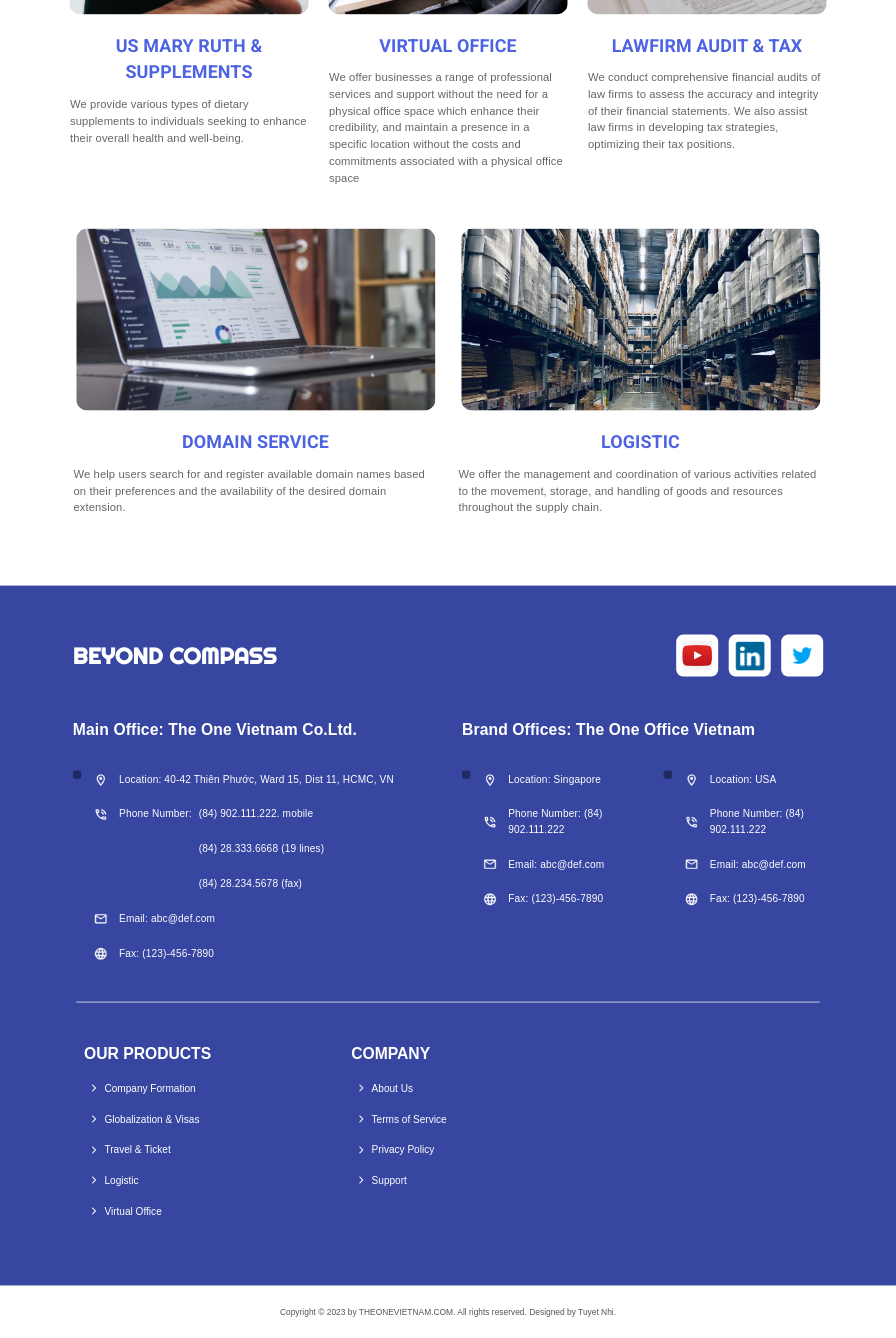
Repository: trunghau06/baitapRn
Page: pages/product.html
The author's editor kept a copy of each file at every save. The page is drawn from the files as they stood at one save, then again after the next save.
The browser window is 1280 px wide. The pictures show the part of the page from y = 1371 to 3291 px (the page is 3283 px tall before and 3291 px after), at 70% of full size.

Above is the page before, as saved 2025-10-15 19:48:35.

### pages/product.html
<!DOCTYPE html>
<html lang="en">
<head>
    <meta charset="UTF-8">
    <meta name="viewport" content="width=device-width, initial-scale=1.0">
    <title>Our products</title>
    <link rel="stylesheet" href="../style/product.css?v=1">
    <link rel="stylesheet" href="https://cdnjs.cloudflare.com/ajax/libs/font-awesome/6.5.1/css/all.min.css">
    <link href="https://fonts.googleapis.com/css2?family=Roboto:wght@400;700&display=swap" rel="stylesheet">
</head>
<body>
    <!-- Thanh Header -->
    <header>
        <div class="header-Page">
            <!-- Logo -->
            <div class="logo">BEYOND COMPASS</div>

            <!-- Navigation Menu -->
            <nav>
                <div class="menu-item"><a href="../index.html">HOME</a></div>
                <div class="menu-item"><a href="../pages/about.html">ABOUT US</a></div>
                <div class="menu-item active"><a href="../pages/product.html">OUR PRODUCTS</a></div>
                <div class="menu-item"><a href="../pages/news.html">NEWS</a></div>
                <div class="menu-item"><a href="../pages/team.html">OUR TEAM</a></div>
                <div class="menu-item"><a href="../pages/contact.html">CONTACT</a></div>
                <div class="menu-item"><a href="../pages/blogs.html">BLOGS</a></div>
            </nav>
        </div>
    </header>

    <div class="header-banner"></div>

    <!-- Gioi Thieu -->
    <div class="introduce-Page">
        <svg class="hexagon-small-double" viewBox="0 0 100 115" xmlns="http://www.w3.org/2000/svg">
            <polygon points="50 10, 85 30, 85 70, 50 90, 15 70, 15 30"
                    fill="#C8CFF6"
                    stroke="none"/>
            <polygon points="50 -2, 97 20, 97 80, 50 102, 3 80, 3 20"
                    fill="none"
                    stroke="#C8CFF6"
                    stroke-width="10"/>
        </svg>

        <div class="hexagon hexagon-large"></div>

         <svg class="hexagon-outline" viewBox="0 0 100 115" xmlns="http://www.w3.org/2000/svg">
            <polygon points="50 0, 93 25, 93 75, 50 100, 7 75, 7 25"
                    fill="none"
                    stroke="#C8CFF6"
                    stroke-width="2"
                    stroke-dasharray="5, 5"/>
        </svg>

        <svg class="pentagon-outline" viewBox="0 0 100 100" xmlns="http://www.w3.org/2000/svg">
            <defs>
                <linearGradient id="strokeHalfColor" x1="0%" y1="0%" x2="100%" y2="0%">
                    <stop offset="50%" style="stop-color:#FFFFFF;stop-opacity:1" />
                    <stop offset="50%" style="stop-color:#C8CFF6;stop-opacity:1" />
                </linearGradient>
            </defs>
            <polygon points="50 5, 95 40, 80 90, 20 90, 5 40"
                    fill="none"
                    stroke="url(#strokeHalfColor)"
                    stroke-width="3"
                    transform="rotate(30 50 50)"/>
        </svg>

        <svg class="pentagon-filled" viewBox="0 0 100 100" xmlns="http://www.w3.org/2000/svg">
            <polygon points="50 5, 95 40, 80 90, 20 90, 5 40"
                    fill="#C8CFF6"
                    stroke="#C8CFF6"
                    stroke-width="3"/>
        </svg>

        <h1>Our products</h1>

        <h3>Unleash the Power of Innovation!</h3>

        <p>We are proud to offer a diverse range of cutting-edge products designed to revolutionize your world.</p>
    </div>

    <div class="box-section">
        <!-- box 1 -->
        <div class="box">
            <img src="../Images/image_box_1.jpg" alt="">

            <div class="content-box">
                <h3>COMPANY FORMATION</h3>

                <p>
                    We aim to simplify and streamline the complex legal
                    and administrative procedures involved in company
                    formation, helping clients navigate the requirements
                    and ensure compliance with relevant regulations.</p>
            </div>
        </div>

        <!-- box 2 -->
        <div class="box">
            <img src="../Images/image_box_2.jpg" alt="">

            <div class="content-box">
                <h3>GLOBAL IMMIGRATION & VISAS</h3>

                <p>
                    We assist people who want to travel, work, study, or
                    live in another country by offering comprehensive
                    assistance throughout the immigration and visa
                    application process.</p>
            </div>
        </div>

        <!-- box 3 -->
        <div class="box">
            <img src="../Images/image_box_3.jpg" alt="">

            <div class="content-box">
                <h3>TRAVEL AND TICKETS</h3>

                <p>
                    We provide personalized consultations to assess
                    clients' immigration goals, evaluate eligibility for
                    various immigration programs, and develop a
                    strategic immigration plan.</p>
            </div>
        </div>

        <!-- box 4 -->
        <div class="box">
            <img src="../Images/image_box_4.jpg" alt="">

            <div class="content-box">
                <h3>US MARY RUTH & SUPPLEMENTS</h3>

                <p>
                    We provide various types of dietary supplements to
                    individuals seeking to enhance their overall health
                    and well-being.
            </div>
        </div>

        <!-- box 5 -->
        <div class="box">
            <img src="../Images/image_box_5.jpg" alt="">

            <div class="content-box">
                <h3>VIRTUAL OFFICE</h3>

                <p>
                    We offer businesses a range of professional services
                    and support without the need for a physical office
                    space which enhance their credibility, and maintain a
                    presence in a specific location without the costs and
                    commitments associated with a physical office
                    space
                </p>
            </div>
        </div>

        <!-- box 6 -->
        <div class="box">
            <img src="../Images/image_box_6.jpg" alt="">

            <div class="content-box">
                <h3>LAWFIRM AUDIT & TAX</h3>

                <p>
                    We conduct comprehensive financial audits of law
                    firms to assess the accuracy and integrity of their
                    financial statements. We also assist law firms in
                    developing tax strategies, optimizing their tax
                    positions.
                </p>
            </div>
        </div>

        <!-- box 7 -->
        <div class="box">
            <img src="../Images/image_box_7.jpg" alt="">

            <div class="content-box">
                <h3>DOMAIN SERVICE</h3>

                <p>
                    We help users search for and register available domain names based on their
                    preferences and the availability of the desired domain extension.
                </p>
            </div>
        </div>

        <!-- box 8 -->
        <div class="box">
            <img src="../Images/image_box_8.jpg" alt="">

            <div class="content-box">
                <h3>LOGISTIC</h3>

                <p>
                    We offer the management and coordination of various activities related to the
                    movement, storage, and handling of goods and resources throughout the supply
                    chain.
                </p>
            </div>
        </div>
    </div>

    <!-- Footer -->
    <div class="footer">
        <!-- Header -->
        <div class="header-Footer">
            <h2>BEYOND COMPASS</h2>
            <div class="social-icons">
                <button><img src="../Images/youtube.png" alt="YouTube"></button>
                <button><img src="../Images/logo_linkedin.png" alt="LinkedIn"></button>
                <button><img src="../Images/image.png" alt="Twitter"></button>
            </div>
        </div>

        <!-- Offices -->
        <div class="offices">
            <!-- Main Office -->
            <div class="office">
                <h3>Main Office: The One Vietnam Co.Ltd.</h3>
                <div class="office-info">
                    <span class="square"></span>

                    <div class="content-info">
                        <p><img src="../Images/ic_map.png" alt="">Location: 40-42 Thiên Phước, Ward 15, Dist 11, HCMC, VN</p>

                        <div class="phone-group">
                            <p><img src="../Images/ic_phone.png" alt="">Phone Number: </p>

                            <div class="phone">
                                <p>(84) 902.111.222. mobile</p>
                                <p>(84) 28.333.6668 (19 lines)</p>
                                <p>(84) 28.234.5678 (fax)</p>
                            </div>
                        </div>

                        <p><img src="../Images/ic_email.png" alt="">Email: abc@def.com</p>
                        <p><img src="../Images/ic_global.png" alt="">Fax: (123)-456-7890</p>
                    </div>
                </div>
            </div>

            <!-- Brand Offices -->
            <div class="office">
                <h3>Brand Offices: The One Office Vietnam</h3>
                <div class="brand-offices">
                    <div class="office-info">
                        <span class="square"></span>

                        <div class="content-info">
                            <p><img src="../Images/ic_map.png" alt="Location">Location: Singapore</p>
                            <p><img src="../Images/ic_phone.png" alt="Phone">Phone Number: (84) 902.111.222</p>
                            <p><img src="../Images/ic_email.png" alt="Email">Email: abc@def.com</p>
                            <p><img src="../Images/ic_global.png" alt="Fax">Fax: (123)-456-7890</p>
                        </div>
                    </div>

                    <div class="office-info">
                        <span class="square"></span>

                        <div class="content-info">
                            <p><img src="../Images/ic_map.png" alt="">Location: USA</p>
                            <p></span><img src="../Images/ic_phone.png" alt="">Phone Number: (84) 902.111.222</p>
                            <p></span><img src="../Images/ic_email.png" alt="">Email: abc@def.com</p>
                            <p></span><img src="../Images/ic_global.png" alt="">Fax: (123)-456-7890</p>
                        </div>
                    </div>
                </div>
            </div>
        </div>

        <div class="line"></div>

        <div class="footer-links">
            <div class="link-column">
            <h4>OUR PRODUCTS</h4>
            <ul>
                <li><i class="fas fa-chevron-right"></i> Company Formation</li>
                <li><i class="fas fa-chevron-right"></i> Globalization & Visas</li>
                <li><i class="fas fa-chevron-right"></i> Travel & Ticket</li>
                <li><i class="fas fa-chevron-right"></i> Logistic</li>
                <li><i class="fas fa-chevron-right"></i> Virtual Office</li>
            </ul>
            </div>

            <div class="link-column">
            <h4>COMPANY</h4>
            <ul>
                <li><i class="fas fa-chevron-right"></i> About Us</li>
                <li><i class="fas fa-chevron-right"></i> Terms of Service</li>
                <li><i class="fas fa-chevron-right"></i> Privacy Policy</li>
                <li><i class="fas fa-chevron-right"></i> Support</li>
            </ul>
            </div>
        </div>

        <footer class="footer-bottom">
            <p>Copyright © 2023 by THEONEVIETNAM.COM. All rights reserved. Designed by Tuyet Nhi.</p>
        </footer>
    </div>
</body>
</html>

### style/product.css
@import url('https://fonts.googleapis.com/css2?family=Righteous&display=swap');

* {
    margin: 0;
    padding: 0;
    box-sizing: border-box;
}

body {
    font-family: Arial, sans-serif;
}

/* Header */
.header-Page {
    position: fixed;
    top: 0;
    left: 0;
    width: 100%;
    margin: 0 auto;
    padding: 0 104px;
    display: flex;
    justify-content: space-between;
    align-items: center;
    height: 80px;
    background-color: white;
    z-index: 1000;
}


/* Logo */
.logo {
    font-family: 'Righteous', Arial, sans-serif;
    color: #2A367C;
    font-size: 1.8em;
    font-weight: 400;
}

/* Menu */
nav {
    display: flex;
    align-items: flex-end;
}

.menu-item {
    display: flex;
    justify-content: center;
    padding: 0;
}

.menu-item a {
    display: flex;
    align-items: center;
    justify-content: center;
    padding: 12px 16px 28px 16px;
    text-decoration: none;
    color: #666666;
    font-size: 1em;
    font-weight: 700;
    font-family: 'Roboto', Arial, sans-serif;
    border-bottom: 4px solid transparent;
    transition: border-color 0.3s, color 0.3s;
    cursor: pointer;
}

.menu-item a:hover {
    border-bottom-color: #3746A0;
    color: #3746A0;
}

.menu-item.active a {
    border-bottom-color: #3746A0;
    color: #3746A0;
}

/* Banner */
.header-banner {
    margin-top: 80px;
    width: 100%;
    height: 200px;
    background-image: url('../Images/anhHeader_7.jpg');
    background-size: cover;
    background-position: center;
}

.introduce-Page {
    position: relative;
    background: linear-gradient(to right, #EBEDEE, #FDFBFB);
    display: flex;
    flex-direction: column;
    justify-items: center;
    align-items: center;
    padding: 30px 20px;
    overflow: hidden;
}

.introduce-Page h1 {
    font-family: 'Roboto', Arial, sans-serif;
    color: #2A367C;
    font-size: 3em;
    font-weight: 700;
    margin-bottom: 20px;
    line-height: 1.5;
    letter-spacing: 0.16px;
    z-index: 2;
}

.introduce-Page h3 {
    font-family: 'Roboto', Arial, sans-serif;
    font-size: 2em;
    color: #666666;
    line-height: 1.5;
    letter-spacing: 0.16px;
    margin-bottom: 20px;
    font-weight: bold;
}

.introduce-Page p {
    color: #666666;
    font-family: 'Roboto', Arial, sans-serif;
    line-height: 1.5;
    letter-spacing: 0.16px;
    margin-bottom: 15px;
    font-size: 1em;
}

.hexagon {
    position: absolute;
    background-color: #C8CFF6;
    clip-path: polygon(
        50% 0%, 93% 25%, 93% 75%, 50% 100%, 7% 75%, 7% 25%
    );
    box-shadow:
        0 0 0 8px white,
        0 0 0 10px #8B9FD9;
}

/* Hình lục giác nhỏ với 2 lớp viền */
.hexagon-small-double {
    position: absolute;
    width: 90px;
    height: 140px;
    top: 72%;
    left: 20px;
    z-index: 2;
}

/* Hình lục giác lớn */
.hexagon-large {
    width: 80px;
    height: 80px;
    bottom: 10px;
    right: 5%;
}

/* Hình lục giác chỉ viền nét đứt */
.hexagon-outline {
    position: absolute;
    width: 280px;
    height: 280px;
    top: 15%;
    right: 80px;
    transform: translateY(-50%);
}

/* Hình ngũ giác 5 góc nghiêng phải */
.pentagon-outline {
    position: absolute;
    width: 80px;
    height: 80px;
    top: 25%;
    left: 40%;
    transform: translate(-50%, -50%);
    z-index: 1;
}

/* Hình ngũ giác có ruột màu xanh */
.pentagon-filled {
   position: absolute;
    width: 80px;
    height: 80px;
    top: 25%;
    left: 38%;
    transform: translate(-50%, -50%);
    z-index: 0;
}

/* Cac box */
.box-section {
    display: flex;
    flex-wrap: wrap;
    gap: 10px;
    width: 100%;
    padding: 40px 40px 80px 40px;
    justify-content: center;
    align-items: stretch;
}

.box {
    width: 30%;
    border-radius: 15px;
    overflow: visible;
    display: flex;
    flex-direction: column;
    justify-items: center;
    align-items: center;
    padding: 20px 0;
}

.box img {
    width: 95%;
    height: 260px;
    object-fit: cover;
    border-radius: 16px;
}

.box-section .box:last-child,
.box-section .box:nth-last-child(2) {
    height: 250px;
}

.content-box {
    padding: 10px;
    text-align: center;
    flex-grow: 1;
}

.content-box h3 {
    font-family: 'Roboto', Arial, sans-serif;
    color: #4D63E2;
    font-size: 1.6em;
    font-weight: 700;
    line-height: 1.5;
    letter-spacing: 0.16px;
    margin: 15px 0 15px 0;
}

.content-box p {
    color: #666666;
    font-size: 1em;
    line-height: 1.5;
    letter-spacing: 0.16px;
    text-align: left;
}

.box:nth-child(7),
.box:nth-child(8) {
    width: 45%;
    margin-bottom: 100px;
}

/* Footer */
.footer {
  display: flex;
  flex-direction: column;
  background-color: #3746A0;
  margin-top: 100px;
}

.header-Footer {
    display: flex;
    justify-content: space-between;
    align-items: center;
    padding: 20px 104px;
    margin-top: 50px;
}

.header-Footer h2 {
    font-size: 2em;
    font-weight: bold;
    line-height: 1.5;
    letter-spacing: 0.16px;
    font-family: 'Righteous', Arial, sans-serif;
    color: #FFFFFF;
}

.social-icons {
    display: flex;
    gap: 15px;
}

.social-icons button {
    background: #FFFFFF;
    border: none;
    cursor: pointer;
    width: 60px;
    height: 60px;
    border-radius: 10px;
    display: flex;
    align-items: center;
    justify-content: center;
}

.social-icons button img {
    width: 70%;
    height: 70%;
    object-fit: contain;
}

.offices {
    padding: 10px 104px;
    display: grid;
    grid-template-columns: 1fr 1fr;
    gap: 40px;
    margin-top: 30px;
}

.brand-offices {
    display: grid;
    grid-template-columns: 1fr 1fr;
    gap: 60px;
}

.office h3 {
    margin-bottom: 15px;
    font-size: 1.4em;
    color: #FFFFFF;
    line-height: 1.5;
    letter-spacing: 0.16px;
}

.office-info {
    position: relative;
    margin-bottom: 20px;
    display: flex;
    align-items: flex-start;
}

.office-info .square {
    position: absolute;
    left: 0;
    top: 25px;
    width: 12px;
    height: 12px;
    background: #202A5F;
    border-radius: 4px;
}

.content-info {
    padding-left: 30px;
}

.content-info p {
    margin: 28px 0;
    display: flex;
    align-items: center;
    font-size: 0.9em;
    color: #FFFFFF;
    line-height: 1.5;
    letter-spacing: 0.24px;
}

.phone-group {
    display: flex;
    justify-content: left;
    align-items: flex-start;
    gap: 10px;
}

.phone-group p {
    margin: 0;
    font-size: 0.9em;
    margin-bottom: 28px;
    color: #FFFFFF;
    line-height: 1.5;
    letter-spacing: 0.24px;
}

.phone-group .phone p:nth-of-type(3) {
    margin-bottom: 0;
}

.phone {
    display: flex;
    flex-direction: column;
    text-align: left;
}

.content-info img {
    width: 20px;
    height: 20px;
    margin-right: 16px;
    vertical-align: middle;
    filter: brightness(0) invert(1);
}

.line {
    width: 83%;
    height: 2px;
    background: rgba(255,255,255,0.5);
    margin: 0 auto 40px auto;
}

.footer-links {
  display: flex;
  justify-content: left;
  gap: 200px;
  padding: 20px 120px;
  margin-bottom: 50px;
}

.link-column h4 {
  margin-bottom: 15px;
  font-size: 1.4em;
  font-weight: bold;
  color: #FFFFFF;
  text-transform: uppercase;
}

.link-column ul {
  list-style: none;
  padding: 0 10px;
}

.link-column ul li {
  margin: 28px 0;
  font-size: 0.9em;
  display: flex;
  align-items: center;
  color: #FFFFFF;
}

.link-column ul li i {
  margin-right: 12px;
  font-size: 0.8em;
  color: #FFFFFF;
}

.footer-bottom {
  margin-top: auto;
  background: #fff;
  text-align: center;
  padding: 30px 0;
  font-size: 12px;
  color: #555;
  border-top: 1px solid #ddd;
}

After the next save:
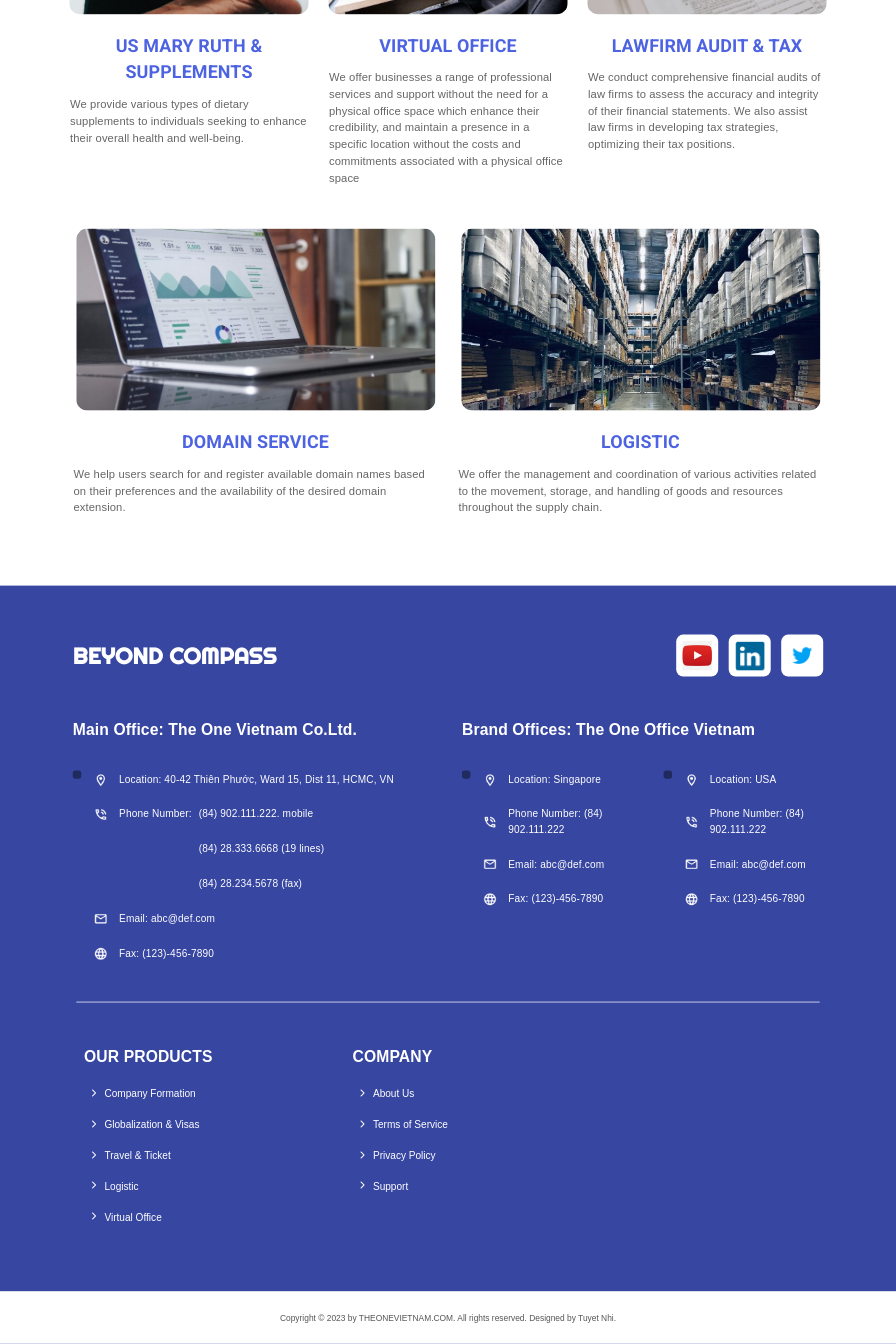
Saved 23 s later.
--- a/style/product.css
+++ b/style/product.css
@@ -391,11 +391,11 @@ nav {
 }
 
 .footer-links {
-  display: flex;
-  justify-content: left;
-  gap: 200px;
-  padding: 20px 120px;
-  margin-bottom: 50px;
+    display: flex;
+    justify-content: left;
+    gap: 200px;
+    padding: 20px 120px;
+    margin-bottom: 50px;
 }
 
 .link-column h4 {
@@ -404,6 +404,8 @@ nav {
   font-weight: bold;
   color: #FFFFFF;
   text-transform: uppercase;
+  line-height: 1.5;
+    letter-spacing: 0.16px;
 }
 
 .link-column ul {
